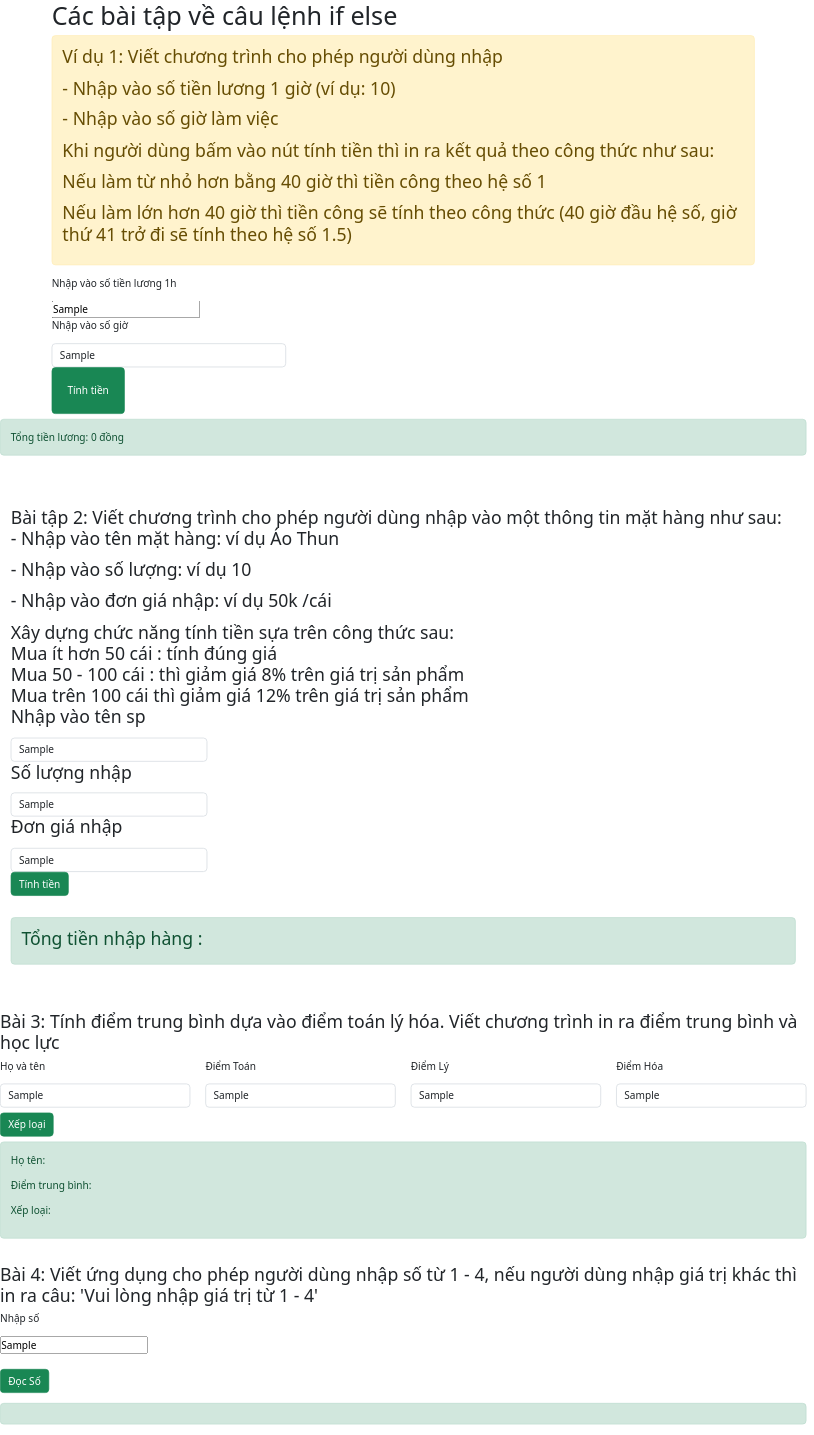
Repository: hcozyph/cyberSoft_JS_fulldocs
Page: JS_4/index.html
These files come from the project's save history. The page is drawn as it stood at one moment and after the next save; the edit follows.
The browser window is 1280 px wide. The page is 1292 px wide, so the pictures cover 1292 px, including what lies to the right of the window. The pictures show the whole page, at 63% of full size.
Empty fields were first filled with sample values (such as "Sample", 5 or name@example.com).
After loading, the first visible `#btnDocSo` was clicked once.

Above is the page before, as saved 2023-02-05 10:05:35.
Console error: TypeError: Cannot set properties of null (setting 'innerHTML')

After the next save:
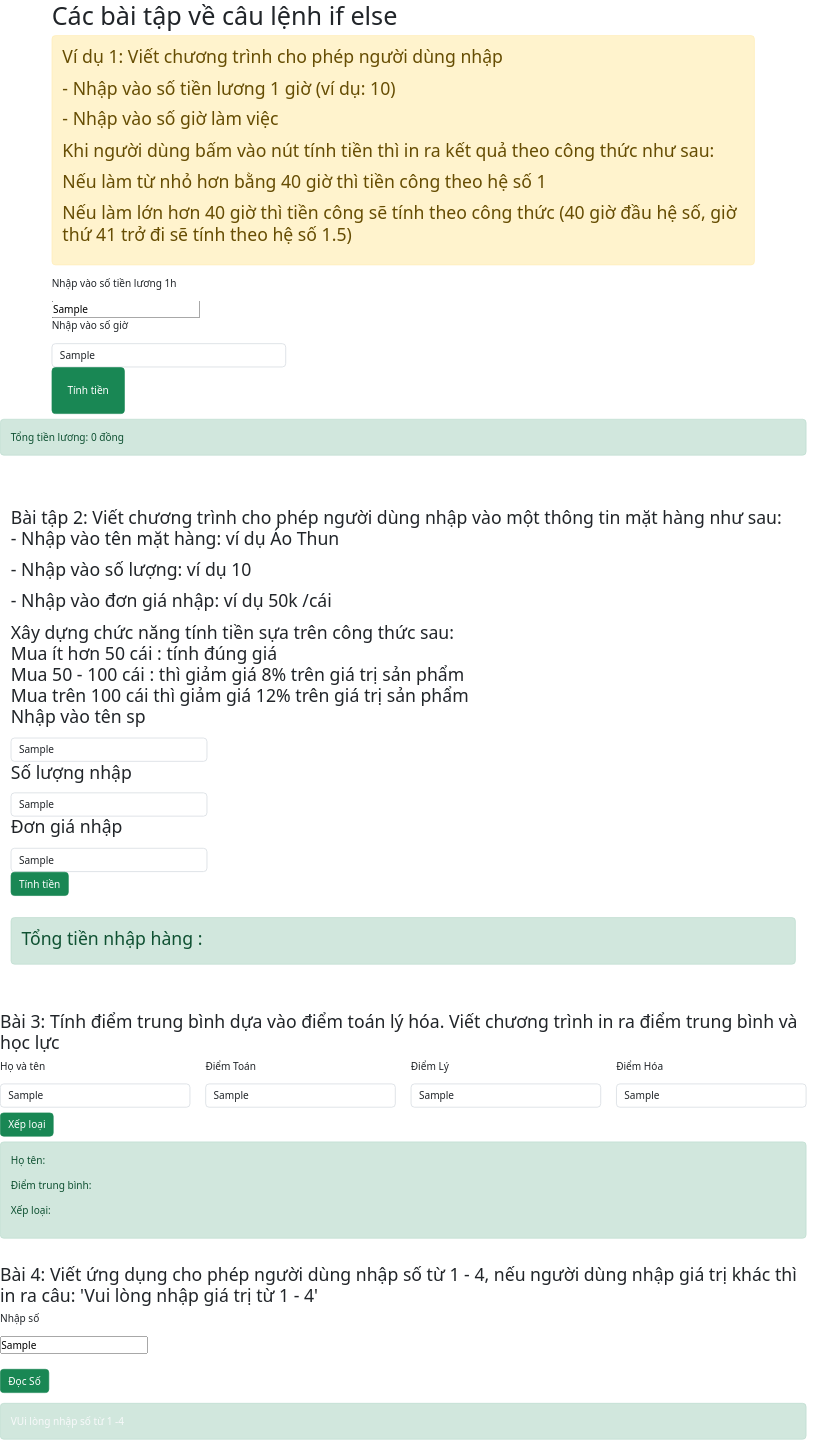
The error is gone.
Saved 25 s later.
--- a/JS_4/JS/index.js
+++ b/JS_4/JS/index.js
@@ -204,5 +204,5 @@ document.getElementById('btnDocSo').onclick = function () {
     }
 
     //print output
-    document.getElementById('out-put-doc-so').innerHTML = output;
-}
+    document.getElementById('output-doc-so').innerHTML = output;
+}
